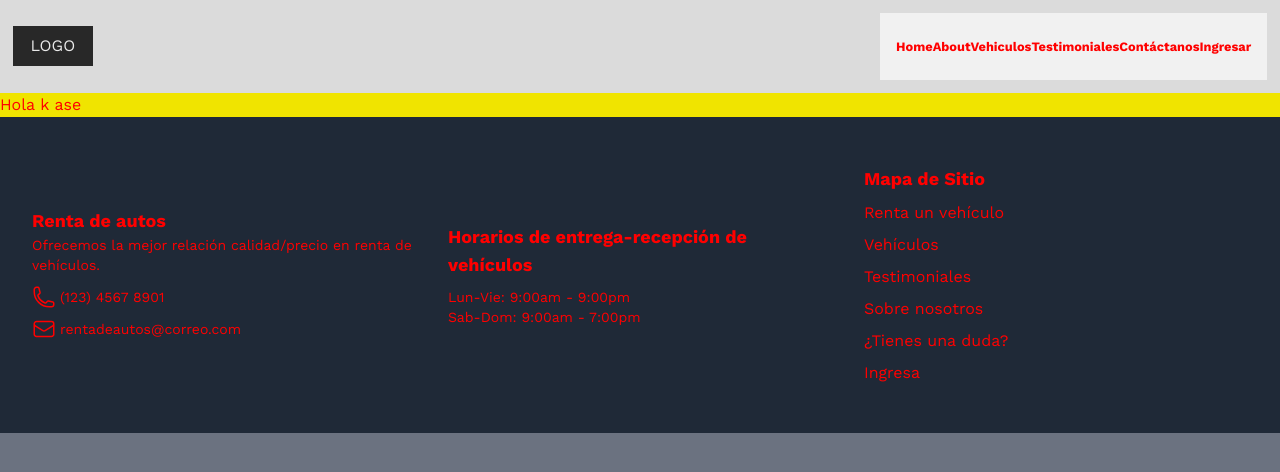
Repository: aldovelacasas/PF_RentCar2
Page: /
The author's editor kept a copy of each file at every save. The page is drawn from the files as they stood at one save, then again after the next save.
The browser window is 1280 px wide. The pictures show the whole page.
The project was rebuilt for these pictures with package versions that can differ from the ones it lists, and the page was loaded fresh each time. The framework's server and built-in components were replaced by stand-ins that run in the browser. Also part of the build but not shown: next.config.js.

Above is the page before, as saved 2023-08-30 09:54:39.

### src/app/layout.jsx
import "./globals.css";
import Navbar from "@/components/Navbar/Navbar";
import Footer from "@/components/footer";
import { Inter } from "next/font/google";

const inter = Inter({ subsets: ["latin"] });

export const metadata = {
  title: "Create Next App",
  description: "Generated by create next app",
};

export default function RootLayout({ children }) {
  return (
    <html lang="en">
      <body className={inter.className}>
        <Navbar />
        <div className="">{children}</div>
        <Footer />
      </body>
    </html>
  );
}

### src/app/page.jsx
function HomePage() {
  return (
    <div className="bg-amarillo_status">
      <p>Hola k ase</p>
    </div>
  );
}

export default HomePage;

### src/app/globals.css
@tailwind base;
@tailwind components;
@tailwind utilities;

body {
   @apply bg-gray-500; /* Fondo más claro */
   color: gray-800; /* Texto oscuro */
}

### src/components/NavBar/Navbar.jsx
"use client";

import Link from "next/link";
// import Image from "next/image";
import React, { useState } from "react";
// import Logo from "./Logo";
import NavItem from "./NavItem";
import "./nav.css";

const MENU_LIST = [
  { text: "Home", href: "/" },
  { text: "About", href: "/about" },
  { text: "Vehiculos", href: "/" },
  { text: "Testimoniales", href: "/" },
  { text: "Contáctanos", href: "/" },
  { text: "Ingresar", href: "/" },
];
const Navbar = () => {
  const [navActive, setNavActive] = useState(null);
  const [activeIdx, setActiveIdx] = useState(-1);

  return (
    <>
      <nav className={`nav navBar`}>
        <div className="boxLogo">
          <Link href="/about">
            <h1 className="logo">LOGO</h1>
          </Link>
          <div className="HomeLogo">
            <Link href="/">
              <span className="nav__item">Home</span>
            </Link>
          </div>
        </div>

        <div
          onClick={() => setNavActive(!navActive)}
          className={`nav__menu-bar`}>
          <div></div>
          <div></div>
          <div></div>
        </div>
        <div className={`${navActive ? "active" : ""} nav__menu-list`}>
          {MENU_LIST.map((menu, idx) => (
            <div
              onClick={() => {
                setActiveIdx(idx);
                setNavActive(false);
              }}
              key={menu.text}
              className={menu.text === "Home" ? "HomeMenu" : ""}>
              <NavItem
                active={activeIdx === idx}
                className={menu.text === "Home" ? "HomeMenu" : ""}
                {...menu}
              />
            </div>
          ))}
        </div>
      </nav>
    </>
  );
};

export default Navbar;

### src/components/footer.jsx
"use client";
import Link from "next/link";

function Footer() {
  return (
    <div className="bg-gray-800 text-white py-8 flex flex-col sm:flex-row justify-between items-center p-4 font-poppins">
      <div className="sm:w-1/3 p-4">
        <h3 className="text-lg font-semibold">Renta de autos</h3>
        <p className="text-sm">
          Ofrecemos la mejor relación calidad/precio en renta de vehículos.
        </p>
        <div className="flex items-center text-sm mt-2">
          <svg
            xmlns="http://www.w3.org/2000/svg"
            fill="none"
            viewBox="0 0 24 24"
            strokeWidth={1.5}
            stroke="currentColor"
            className="w-6 h-6">
            <path
              strokeLinecap="round"
              strokeLinejoin="round"
              d="M2.25 6.75c0 8.284 6.716 15 15 15h2.25a2.25 2.25 0 002.25-2.25v-1.372c0-.516-.351-.966-.852-1.091l-4.423-1.106c-.44-.11-.902.055-1.173.417l-.97 1.293c-.282.376-.769.542-1.21.38a12.035 12.035 0 01-7.143-7.143c-.162-.441.004-.928.38-1.21l1.293-.97c.363-.271.527-.734.417-1.173L6.963 3.102a1.125 1.125 0 00-1.091-.852H4.5A2.25 2.25 0 002.25 4.5v2.25z"
            />
          </svg>

          <span className="m-1">(123) 4567 8901</span>
        </div>
        <div className="flex items-center text-sm mt-1">
          <svg
            xmlns="http://www.w3.org/2000/svg"
            fill="none"
            viewBox="0 0 24 24"
            strokeWidth={1.5}
            stroke="currentColor"
            className="w-6 h-6">
            <path
              strokeLinecap="round"
              strokeLinejoin="round"
              d="M21.75 6.75v10.5a2.25 2.25 0 01-2.25 2.25h-15a2.25 2.25 0 01-2.25-2.25V6.75m19.5 0A2.25 2.25 0 0019.5 4.5h-15a2.25 2.25 0 00-2.25 2.25m19.5 0v.243a2.25 2.25 0 01-1.07 1.916l-7.5 4.615a2.25 2.25 0 01-2.36 0L3.32 8.91a2.25 2.25 0 01-1.07-1.916V6.75"
            />
          </svg>

          <span className="m-1"> rentadeautos@correo.com</span>
        </div>
      </div>
      <div className="sm:w-1/3 p-4 mt-4 sm:mt-0">
        <h4 className="text-lg font-semibold">
          Horarios de entrega-recepción de vehículos
        </h4>
        <p className="text-sm mt-2">
          Lun-Vie: 9:00am - 9:00pm
          <br />
          Sab-Dom: 9:00am - 7:00pm
        </p>
      </div>
      <div className="sm:w-1/3 p-4 mt-4 sm:mt-0 w-full">
        <h2 className="text-lg font-semibold">Mapa de Sitio</h2>
        <ul className="mt-2 space-y-2 sm:ml-0 sm:pl-0">
          <li className="text-red">
            <Link href="/rent" className="hover:font-bold">
              Renta un vehículo
            </Link>
          </li>
          <li>
            <Link href="/cars" className="hover:font-bold">
              Vehículos
            </Link>
          </li>
          <li>
            <Link href="/testimoniales" className="hover:font-bold">
              Testimoniales
            </Link>
          </li>
          <li>
            <Link href="/about" className="hover:font-bold">
              Sobre nosotros
            </Link>
          </li>
          <li>
            <Link href="/contact" className="hover:font-bold">
              ¿Tienes una duda?
            </Link>
          </li>
          <li>
            <Link href="/signin" className="hover:font-bold">
              Ingresa
            </Link>
          </li>
        </ul>
      </div>
    </div>
  );
}

export default Footer;

### src/components/NavBar/NavItem.jsx
import Link from "next/link";
const NavItem = ({ text, href, active }) => {
  const className =
    text === "Home"
      ? "nav__item HomeMenu"
      : `nav__item ${active ? "active" : ""}`;
  return (
    <Link href={href}>
      <span className={className}>{text}</span>
    </Link>
  );
};

export default NavItem;

### src/components/NavBar/nav.css
@import url("https://fonts.googleapis.com/css2?family=Work+Sans:wght@400;500;700&display=swap");
@import url("https://fonts.googleapis.com/css2?family=Rubik:wght@500&display=swap");
* {
  margin: 0;
  padding: 0;
  outline: none;
  box-sizing: border-box;
  font-family: "Work Sans", sans-serif;
}
a {
  text-decoration: none;
  color: inherit;
}
.navBar {
  position: sticky;
  z-index: 30;
  top: 0;
}
nav {
  font-family: "Rubik", sans-serif;
  display: flex;
  justify-content: space-between;
  align-items: center;
  background-color: #dbdbdb;
  color: #282828;
  padding: 2%;
}

.logo {
  background-color: #282828;
  color: #e9e9e9;
  width: 80px;
  text-align: center;
  padding: 0.5rem;
  font-size: 1rem;
}

.nav__menu-bar {
  display: flex;
  flex-direction: column;
  row-gap: 6px;
  cursor: pointer;
}
.nav__menu-bar div {
  width: 40px;
  height: 4px;
  background-color: #282828;
  margin-right: 1rem;
  border-radius: 2px;
}
.nav__menu-list {
  display: flex;
  flex-direction: column;
  position: fixed;
  top: 70px;
  width: 220px;
  row-gap: 24px;
  right: -300px;
  padding: 24px 16px;
  margin-top: 0rem;
  transition: all 0.2s;
  min-height: calc(100vh - 60px);
  font-size: 1rem;
  background-color: #f1f1f1;
}
.nav__menu-list.active {
  right: 0;
  top: 53px;
}
.nav__menu-list span {
  font-weight: 600;
  transition: all 0.3s;
}

.nav__menu-list span:hover {
  /* font-weight: bold; */
  color: #ea4f39;
}
.boxLogo {
  display: flex;
  align-items: center;
  gap: 1rem;
}

.HomeLogo {
  font-size: 1rem;
  font-weight: 600;
  transition: 0.3s;
}

.HomeLogo:hover {
  color: #ea4f39;
}
.center {
  min-height: 600px;
  display: flex;
  justify-content: center;
  align-items: center;
}

.HomeMenu {
  display: none;
}

@media (min-width: 30em) {
  *{color:red}
  nav{
    padding:1%;
  }
  .HomeMenu {
    display: flex;
  }
  .nav__menu-bar {
    display: none;
  }
  .nav__menu-list {
    position: unset;
    font-size: 0.8em;
    flex-direction: row;
    min-height: fit-content;
    width: fit-content;
    align-items: space-evenly;
  }

  .HomeLogo {
    display: none;
    font-size: 2rem;
  }
  /* nav {
    padding: 3%;
  }
  .HomeMenu {
    display: block;
  }
  .nav__menu-list {
    background-color: #dbdbdb;
  }
  .HomeLogo {
    display: none;
    font-size: 2rem;
  }
  .logo {
    background-color: #282828;
    color: #e9e9e9;
    width: 150px;
    text-align: center;
    padding: 1.5rem;
    font-size: 1.5rem;
  }
  .nav__menu-bar {
    display: none;
  }
  .nav__menu-list {
    position: unset;

    flex-direction: row;
    min-height: fit-content;
    width: fit-content;
    column-gap: 24px;
    align-items: center;
  }
  .nav__link::before {
    content: "";
    position: absolute;
    width: 0%;
    height: 6px;
    bottom: -16px;
    left: 0;
    background-color: black;

    transition: all 0.2s;
  }

  .nav__link:hover:before {
    width: 100%;
  } */
}

### tailwind.config.js
/** @type {import('tailwindcss').Config} */
module.exports = {
  content: [
    "./src/pages/**/*.{js,ts,jsx,tsx,mdx}",
    "./src/components/**/*.{js,ts,jsx,tsx,mdx}",
    "./src/app/**/*.{js,ts,jsx,tsx,mdx}",
  ],
  theme: {
    extend: {
      backgroundImage: {
        "gradient-radial": "radial-gradient(var(--tw-gradient-stops))",
        "gradient-conic":
          "conic-gradient(from 180deg at 50% 50%, var(--tw-gradient-stops))",
      },
      colors: {
        gris_fondo: "#dbdbdb",
        gris_frente: "#e9e9e9",
        negro_fondo: "#282828",
        naranja_enf: "#ea4f39",
        rojo_status: "#e30613",
        verde_status: "#4aaf4d",
        amarillo_status: "#f0e400",
      },
    },
  },
  plugins: [],
};

After the next save:
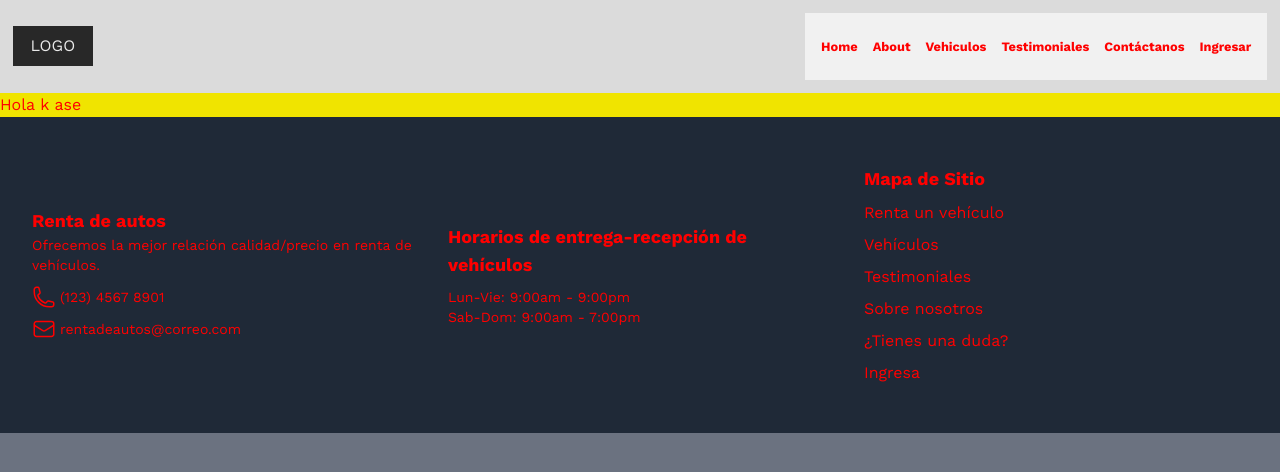
Saved 54 s later.
--- a/src/components/NavBar/nav.css
+++ b/src/components/NavBar/nav.css
@@ -116,6 +116,7 @@ nav {
   .nav__menu-list {
     position: unset;
     font-size: 0.8em;
+    gap:15px;
     flex-direction: row;
     min-height: fit-content;
     width: fit-content;
